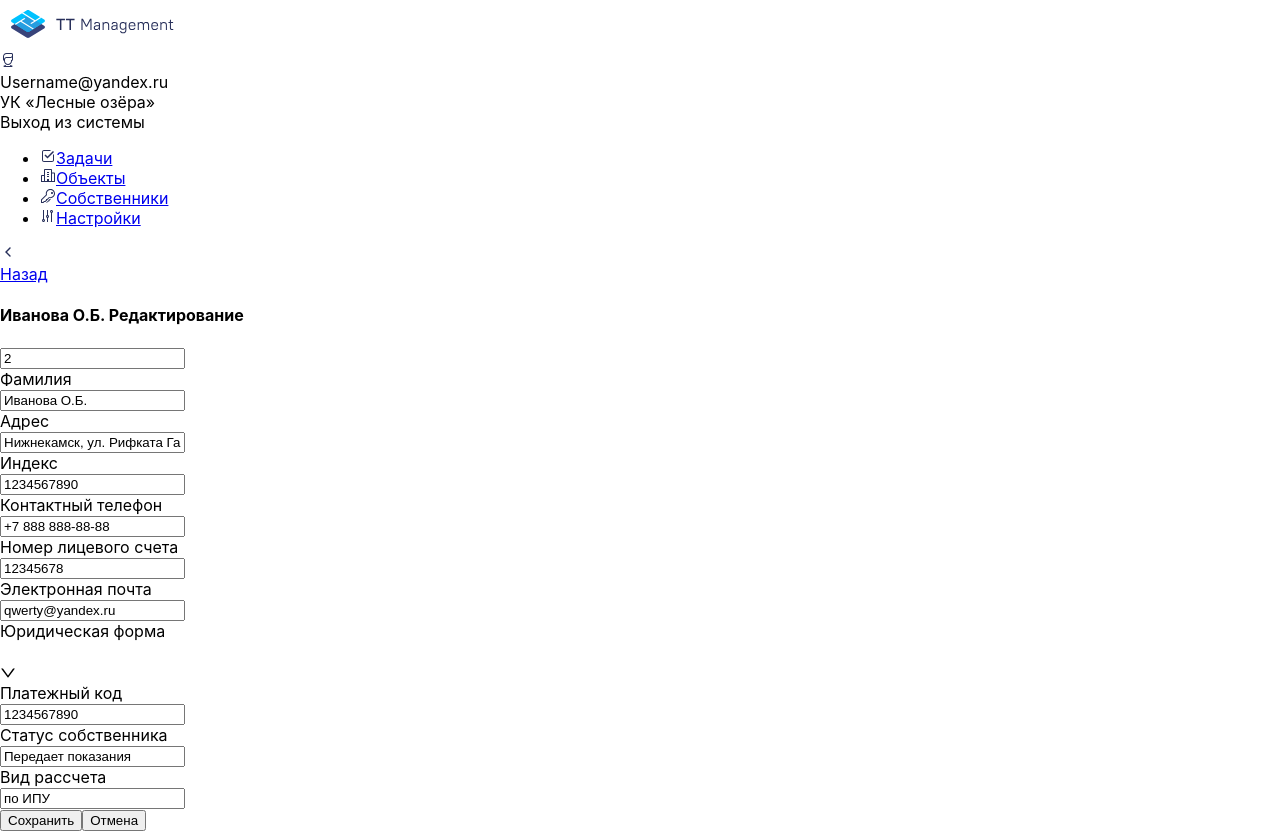
Repository: TryBr/tt-management
Page: /owners/1/edit
An editor plug-in stored every save of this project. The page is shown before and after the next save, followed by the edit.
The browser window is 1280 px wide. The pictures show the whole page.
The project was rebuilt for these pictures with package versions that can differ from the ones it lists, and the page was loaded fresh each time. Also part of the build but not shown: src/App.css, src/TaskDetail.js, src/Owners.js, src/OwnerDetail.js.

Above is the page before, as saved 2020-07-21 14:13:51.

After the next save:
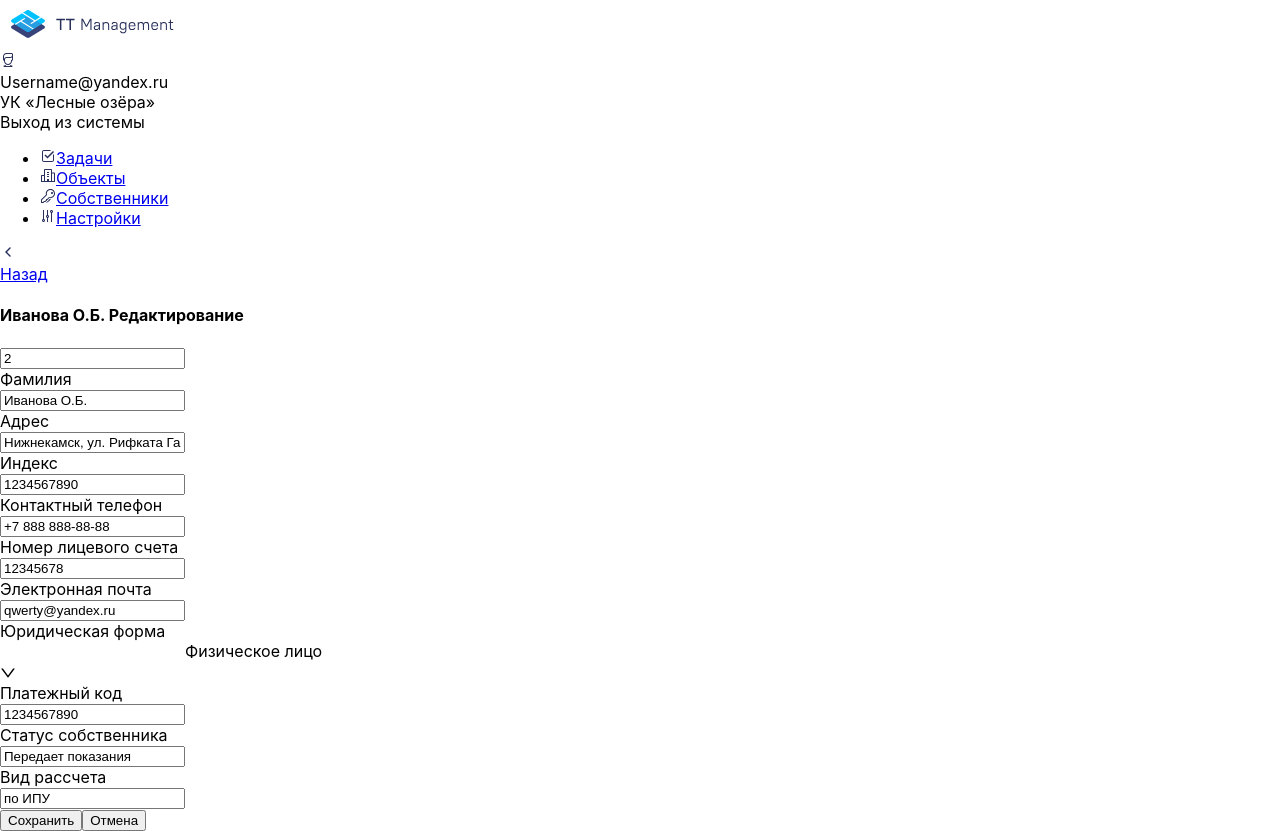
Saved 23 s later.
--- a/src/OwnerEdit.js
+++ b/src/OwnerEdit.js
@@ -65,8 +65,8 @@ const OwnerEdit = ({ owner, onOwnEdit }) => {
                             <Form.Item label="Электронная почта" name="email" initialValue={owner[id].email}>
                                 <Input />
                             </Form.Item>
-                            <Form.Item label="Юридическая форма" name="legalForm" defaultValue={owner[id].legalForm}>
-                                <Select>
+                            <Form.Item label="Юридическая форма" name="legalForm">
+                                <Select defaultValue={owner[id].legalForm}>
                                     <Option value="physic">Физическое лицо</Option>
                                     <Option value="legal">Юридическое лицо</Option>
                                 </Select>
